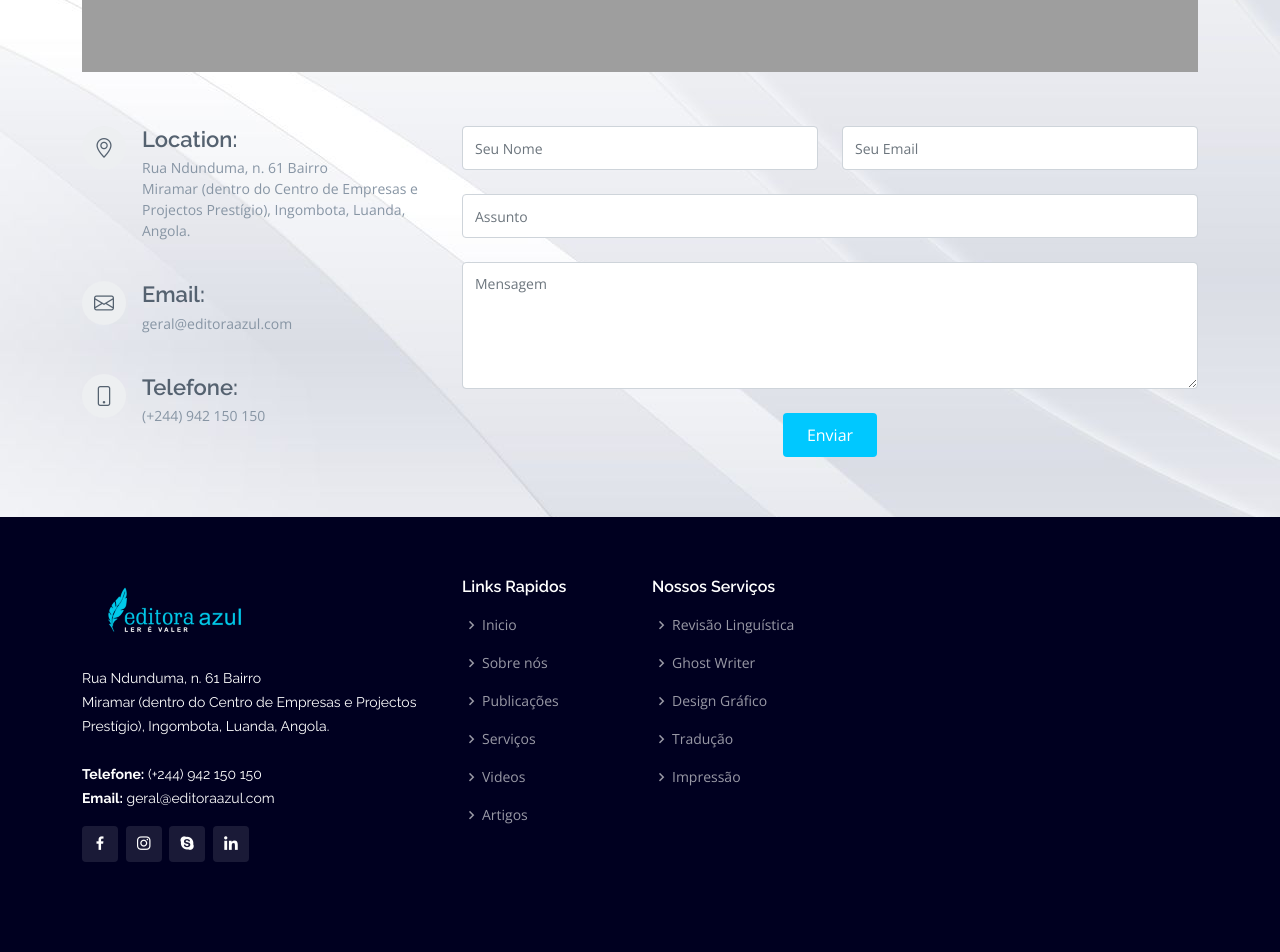
Repository: caioteca/editoraazul
Page: fale-conosco.html
The author's editor kept a copy of each file at every save. The page is drawn from the files as they stood at one save, then again after the next save.
The browser window is 1280 px wide. The pictures show the part of the page from y = 348 to 1300 px (the page is 1300 px tall).
Pictures or frames that could not be fetched are drawn as grey boxes.

Above is the page before, as saved 2022-11-25 11:39:50.

After the next save:
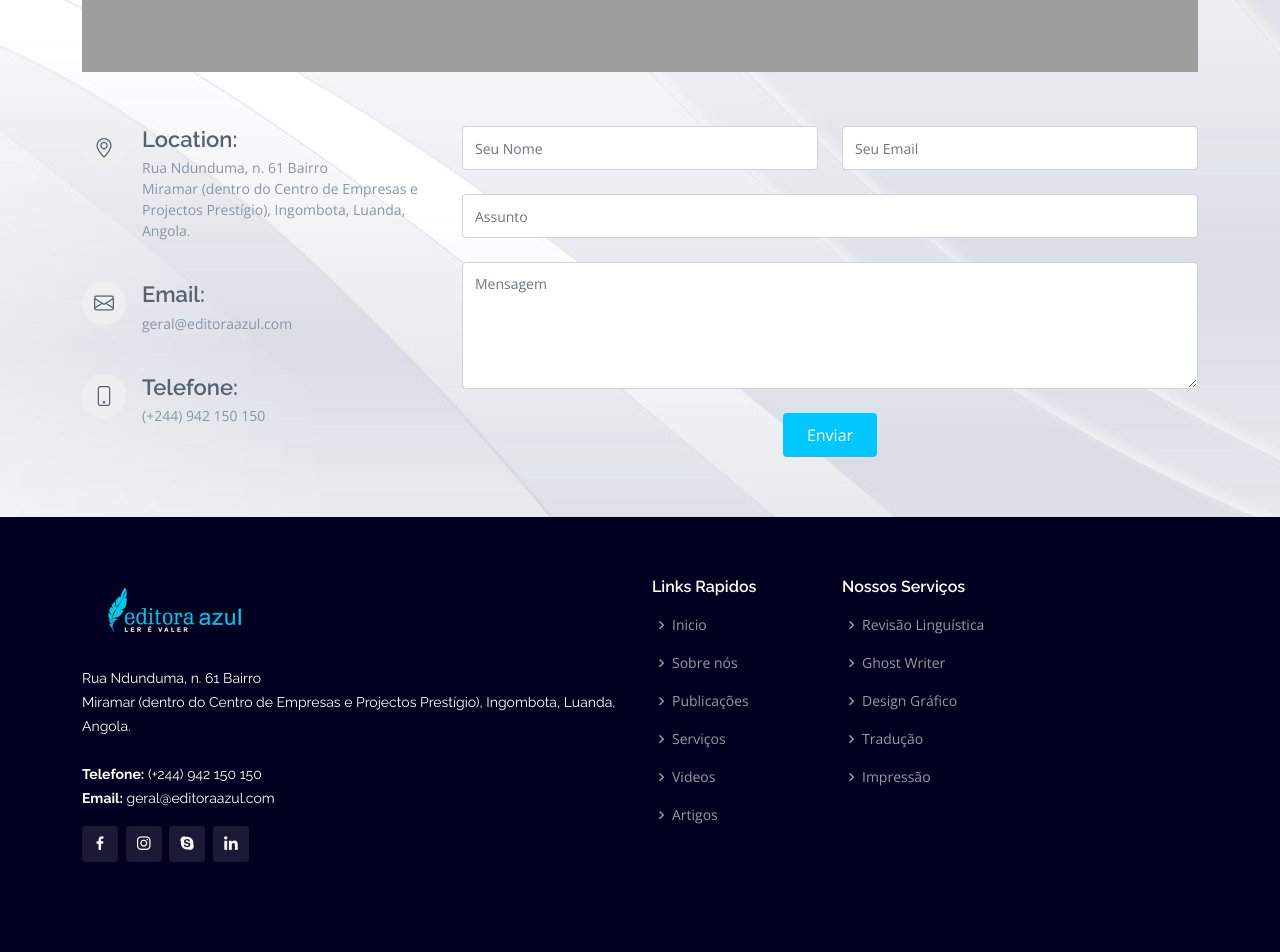
Saved 12 s later.
--- a/fale-conosco.html
+++ b/fale-conosco.html
@@ -169,7 +169,7 @@
       <div class="footer-top">
         <div class="container">
           <div class="row">
-            <div class="col-lg-4 col-md-6">
+            <div class="col-lg-6 col-md-6">
               <div class="footer-info">
                 <h3>
                   <img src="assets/img/logo-2.png" alt="" class="img-fluid" />
